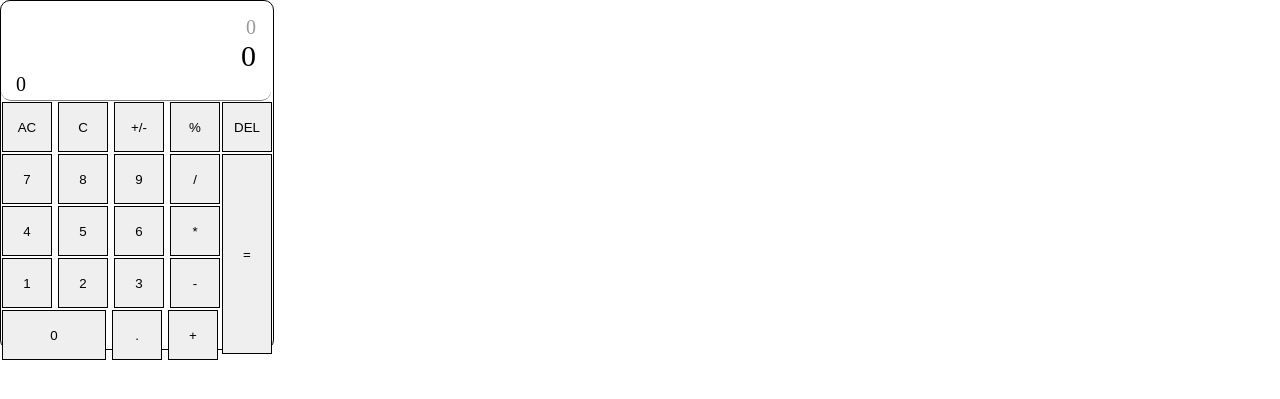
Repository: baziz22/Vanilla_JS_Projects
Page: claculator/index.html
The author's editor kept a copy of each file at every save. The page is drawn from the files as they stood at one save, then again after the next save.
The browser window is 1280 px wide. The pictures show the whole page.

Above is the page before, as saved 2022-03-02 03:14:49.
Console error: SyntaxError: Malformed arrow function parameter list

After the next save:
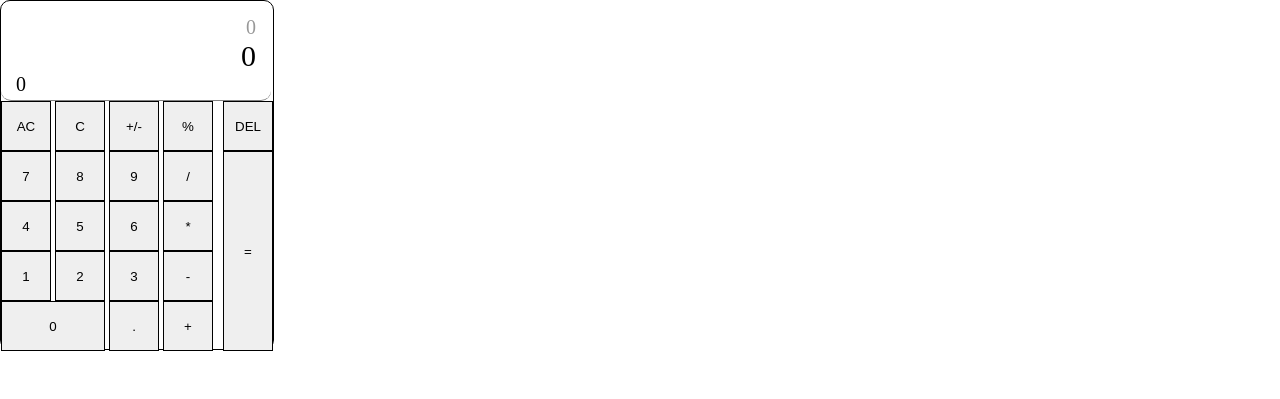
Saved 7 s later.
--- a/claculator/style.css
+++ b/claculator/style.css
@@ -14,8 +14,6 @@
 }
 button {
   border: 0.25px solid black;
-  margin: 1px;
-  padding: 0;
   width: 50px;
   height: 50px;
 }
